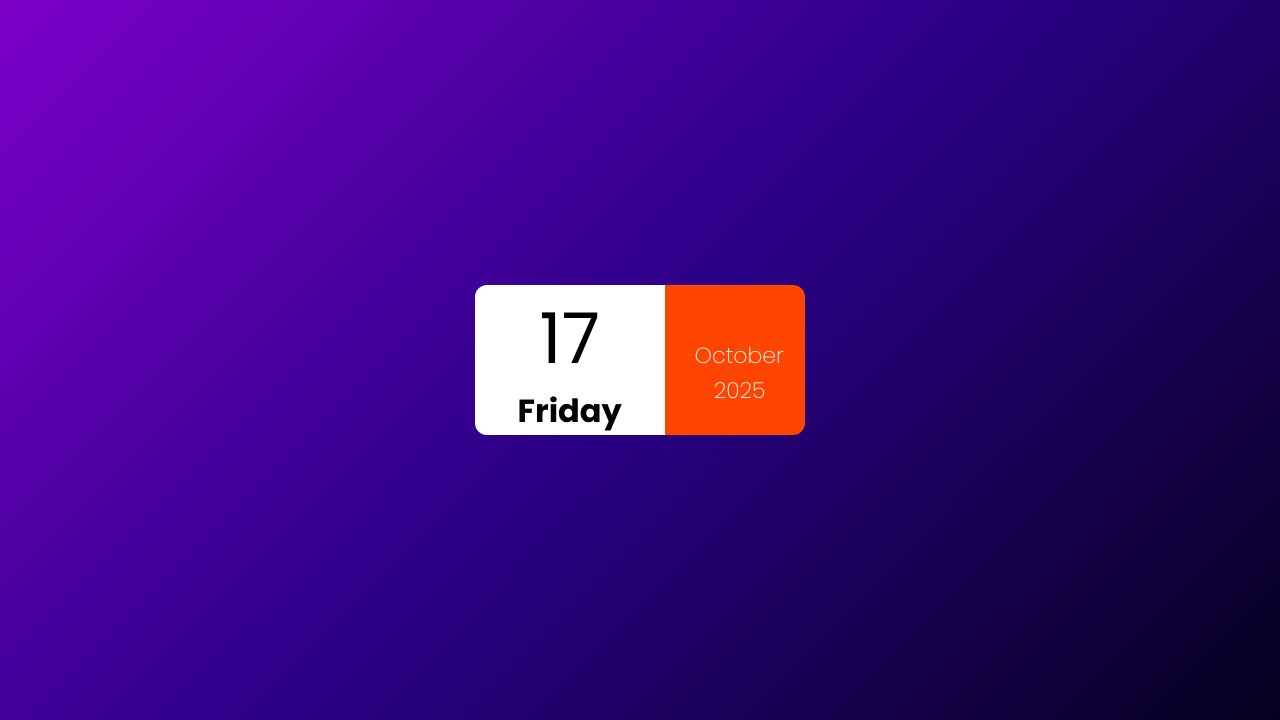
Repository: Ankitkr2021/Calendar
Page: index.html
The author's editor kept a copy of each file at every save. The page is drawn from the files as they stood at one save, then again after the next save.
The browser window is 1280 px wide. The pictures show the whole page.

Above is the page before, as saved 2025-10-17 19:34:22.

### index.html
<!DOCTYPE html>
<html lang="en">
<head>
    <meta charset="UTF-8">
    <meta name="viewport" content="width=device-width, initial-scale=1.0">
    <title>Document</title>
    <link rel="stylesheet" href="./style.css">
</head>
<body>
    <div class="box">
        <div class="date">
            <h1>
            <div class="din"> 17</div>
            <div class="day"> Friday</div>
            </h1>
        </div>
        <div class="month">
            <div class="mon">October</div>
            <div class="year">2025</div>
        </div>
    </div>
</body>
</html>

### style.css
@import url('https://fonts.googleapis.com/css2?family=Poppins:wght@100;200;300;400;500;600;700;800;900&display=swap');

*{
    margin: 0;
    padding: 0;
    box-sizing: border-box;
    font-family: "Poppins",sans-serif;
}

.box {
    display: flex;
    align-items: center;
    justify-content: center;
    height: 100vh;
    background: linear-gradient(135deg, #7d00ca, #2b0087 50%, #05001f 100%);
    color: #fff;
}

.date {
    background: #fff;
    color: #000;
    height: 150px;
    width: 190px;
    display: flex;
    align-items: center;
    justify-content: center;
    border-top-left-radius: 12px;
    border-bottom-left-radius: 12px;
}

.din {
    text-align: center;
    font-size: 70px;
    font-weight: 400;
    margin-bottom: -5px;
}

.mon {
    /* display: flex;
    align-items: center;
    justify-content: center; */
    position: relative;
    left: 30px;
    top: 5px;
    font-size: 22px;
    font-weight: 200;
    margin-bottom: 20px;
}

.year {
    /* background: #fff; */
    position: relative;
    right: 40px;
    top: 30px;
     font-size: 22px;
    font-weight: 200;
}

.month{
    background: orangered;
    height: 150px;
    display: flex;
    align-items: center;
    justify-content: center;
    border-top-right-radius: 12px;
    border-bottom-right-radius: 12px;

}

After the next save:
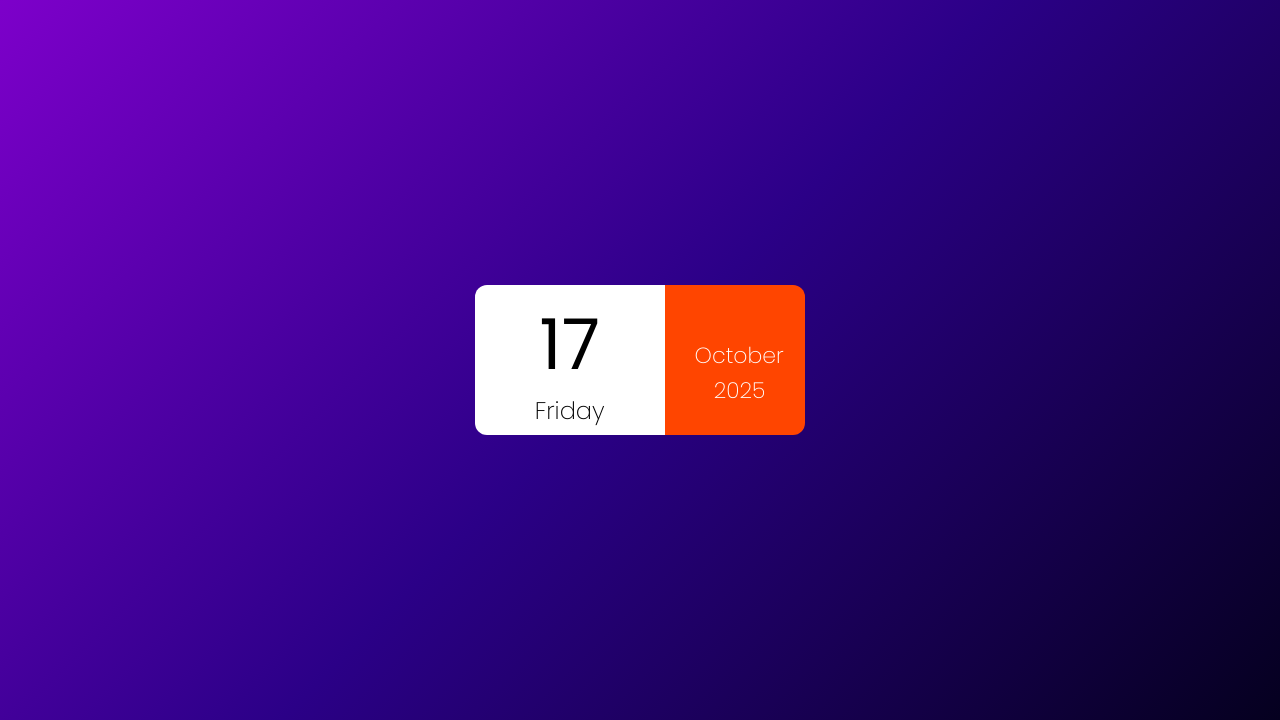
Saved 25 s later.
--- a/style.css
+++ b/style.css
@@ -35,6 +35,12 @@
     margin-bottom: -5px;
 }
 
+.day{
+    font-size: 24px;
+    font-weight: 200;
+
+}
+
 .mon {
     /* display: flex;
     align-items: center;
